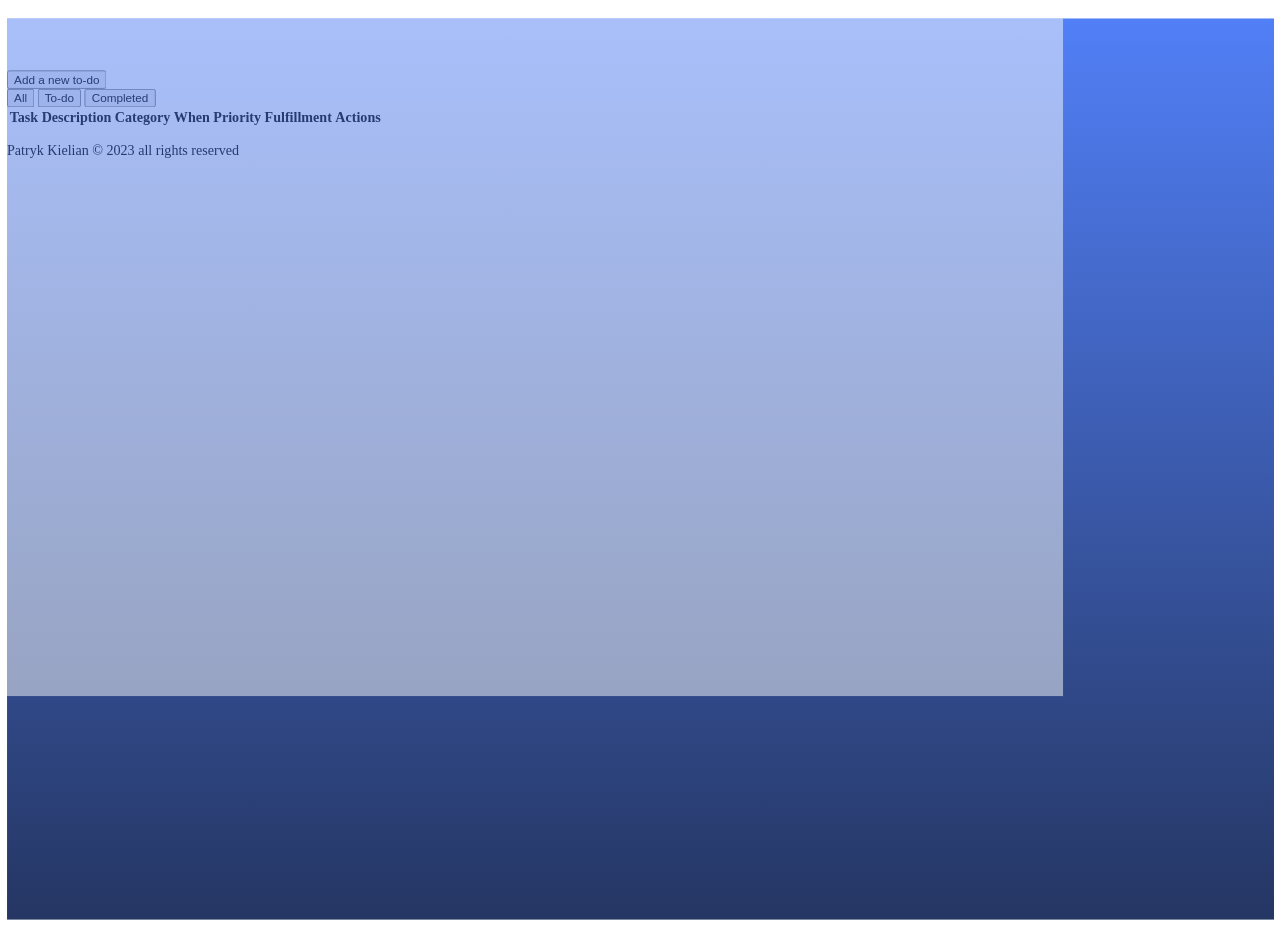
Repository: mirajane2/maquette-todo
Page: index.html
The author's editor kept a copy of each file at every save. The page is drawn from the files as they stood at one save, then again after the next save.
The browser window is 1280 px wide. The page is 1448 px wide, so the pictures cover 1448 px, including what lies to the right of the window. The pictures show the whole page, at 88% of full size.

Above is the page before, as saved 2024-11-12 15:32:05.

### index.html
<!DOCTYPE html>
<html lang="fr">
<head>
    <meta charset="UTF-8">
    <meta name="viewport" content="width=device-width, initial-scale=1.0">
    <link rel="stylesheet" href="index.css">
    <title>Maquette Figma</title>
</head>
<body>
    <div class="container">
        <div class="content">
            <h1 class="titre">React To-Do List</h1>
            <div>
                <button class="taches"> Add a new to-do</button>
                <div class="choix_selection">
                    <button class="show">All</button>
                    <button class="options">To-do</button>
                    <button class="options">Completed</button>
                </div>
            </div>

            <div class="table">
                <table>
                    <thead>
                        <tr>
                            <th>Task</th>
                            <th>Description</th>
                            <th>Category</th>
                            <th>When</th>
                            <th>Priority</th>
                            <th>Fulfillment</th>
                            <th>Actions</th>
                        </tr>
                    </thead>
                    <tbody class="valeur">
                        <script src="script.js"></script>
                    </tbody>
                </table>
            </div>

            <footer>
                <p>Patryk Kielian © 2023 all rights reserved</p>
            </footer>
        </div>
    </div>
</body>
</html>

### index.css
.container{
    background: linear-gradient(180deg, #517FF6, #253663);
    opacity: 100%;
    width : 1440px;
    height: 1024px;
}

.content{
    background-color: #FFFFFF;
    opacity: 50%;
    width: 1200px;
    height: 770px;
}

.titre{
    color:#FFFFFF;
    font-weight: bold;
    opacity: 100%;
    text-align: center;
    font-family: Jost;
    line-height: Auto;
    letter-spacing: 0%;
}

Loaded but not shown: script.js (no stored copy; drawn as an empty file)

After the next save:
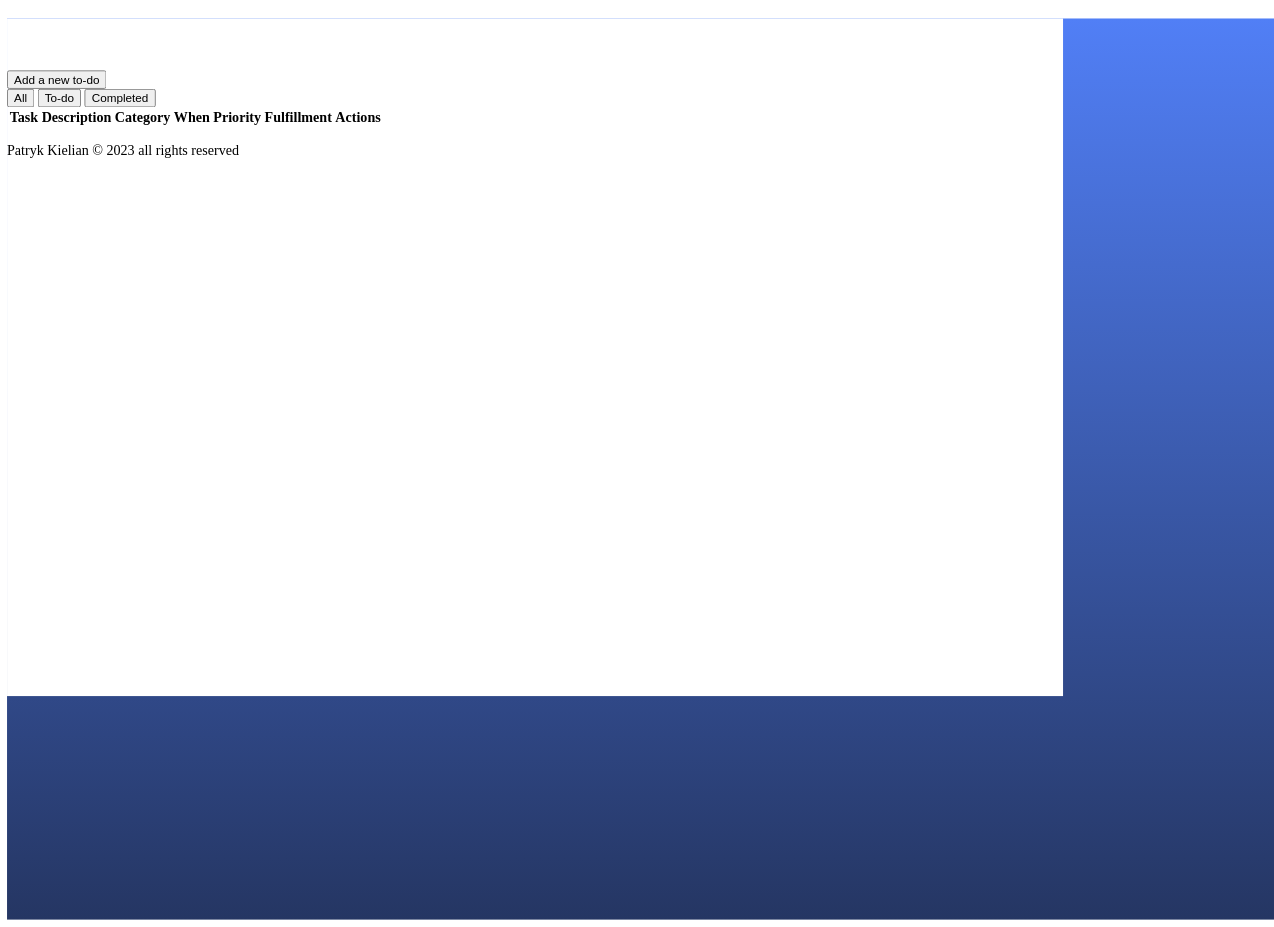
Saved 15 s later.
--- a/index.css
+++ b/index.css
@@ -7,7 +7,7 @@
 
 .content{
     background-color: #FFFFFF;
-    opacity: 50%;
+    opacity: 100%;
     width: 1200px;
     height: 770px;
 }
